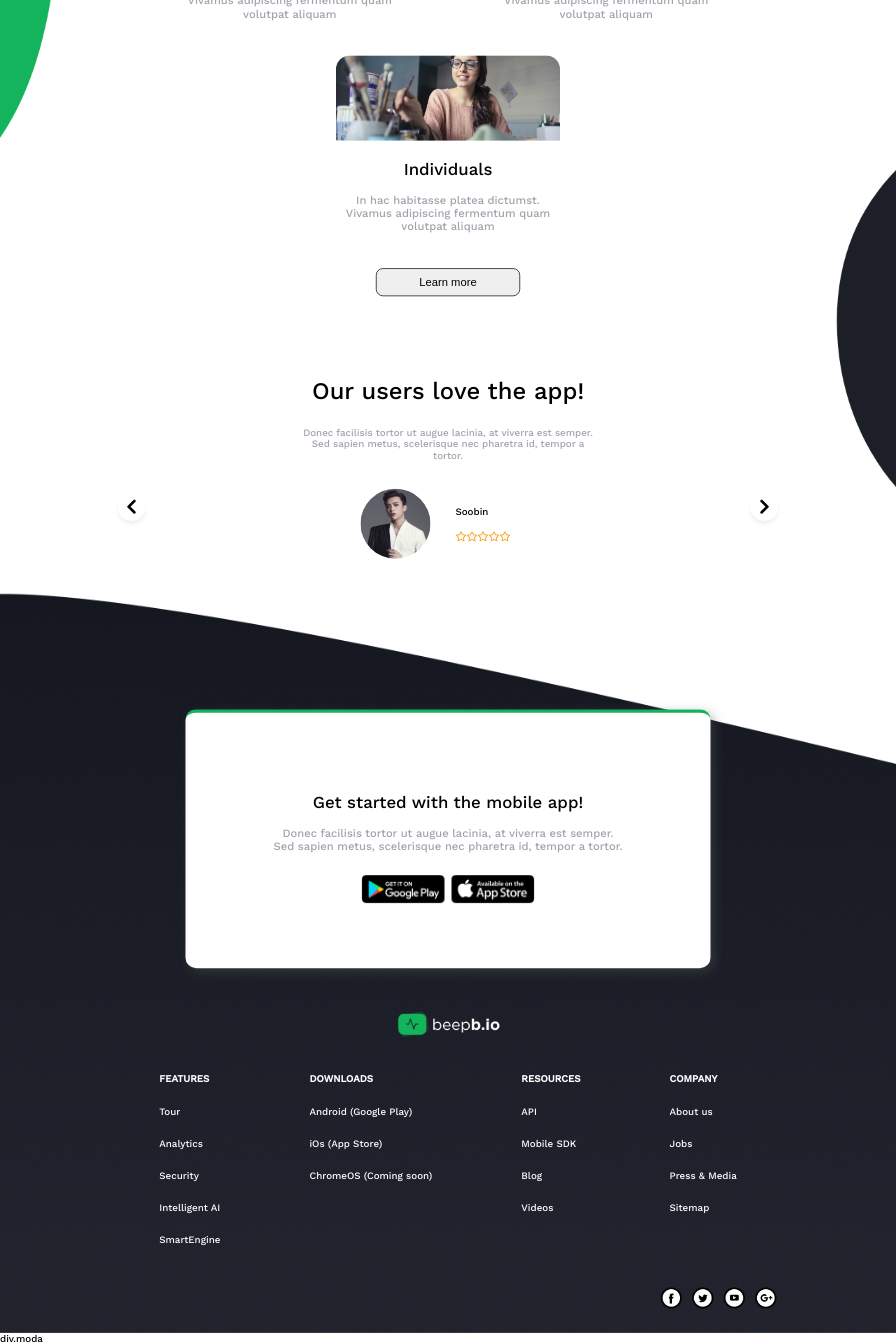
Repository: thinhnguyen347/thinhnguyen347.github.io
Page: cut-html-css/index.html
These files come from the project's save history. The page is drawn as it stood at one moment and after a run of saves; the edit follows.
The browser window is 1280 px wide. The pictures show the part of the page from y = 2903 to 4823 px (the page is 4823 px tall before and 4807 px after), at 70% of full size.

Above is the page before, as saved 2021-11-14 08:56:53.

### cut-html-css/index.html
<!-- Source: https://www.sketchappsources.com/free-source/3445-mobile-app-landing-page-sketch-freebie-resource.html -->

<!DOCTYPE html>
<html lang="en">

<head>
    <meta charset="UTF-8">
    <meta http-equiv="X-UA-Compatible" content="IE=edge">
    <meta name="viewport" content="width=device-width, initial-scale=1.0">
    <title>Mobile App</title>
    <link rel="shortcut icon" href="https://i.ibb.co/ypjQ3yW/M.png" type="image/x-icon">
    <link rel="stylesheet" href="./css/style.css">
    <link rel="stylesheet" href="./css/style2.css">
    <link rel="stylesheet" type="text/css" href="slick/slick.css" />
    <link rel="stylesheet" href="https://cdnjs.cloudflare.com/ajax/libs/font-awesome/5.15.3/css/all.min.css"
        integrity="sha512-iBBXm8fW90+nuLcSKlbmrPcLa0OT92xO1BIsZ+ywDWZCvqsWgccV3gFoRBv0z+8dLJgyAHIhR35VZc2oM/gI1w=="
        crossorigin="anonymous" />
    <script src="https://ajax.googleapis.com/ajax/libs/jquery/3.6.0/jquery.min.js"></script>

</head>

<body>
    <div class="container1">
        <div class="hero-section">
            <div class="menu-panel-desktop ">
                <div class="logo"><a href="#" target="_self"><img src="img/logo.png" alt="beepb.io" height="40px"></a>
                </div>

                <div class="menu">
                    <ul>
                        <li><a href="#">Features</a></li>
                        <li><a href="#">Benefits</a></li>
                        <li><a href="#">Plans</a></li>
                        <li class="menu-item"><a href="#">Downloads&nbsp;<i class="fas fa-angle-down"></i></a>
                            <ul class="drop-down">
                                <li><a href="#">Android version</a></li>
                                <li><a href="#">iOS version</a></li>
                                <li><a href="#">ChromeOS version</a></li>
                            </ul>
                        </li>
                        <li><a href="#">Support</a></li>
                        <li><button class="get-started fontwhite">Get Started</button></li>
                    </ul>

                </div>
            </div>
            <!-- Mobile menu -->
            <div class="menu-panel-mobile">

                <div class="logo-mobile">
                    <img class="menu-icon" src="https://i.ibb.co/6vzRnYW/menubtn-white.png" alt="menu" width="40px">

                    <a href="#" target="_self"><img src="img/logo.png" alt="beepb.io" height="40px"></a>
                </div>

                <div class="dropdown-mobile-container hide">

                    <div class="dropdown-mobile">
                        <div class="close-btn">
                            <i class="fas fa-times fontwhite"></i>
                        </div>
                        <ul>
                            <li><a href="#">Features</a></li>
                            <li><a href="#">Benefits</a></li>
                            <li><a href="#">Finance</a></li>
                            <li><a href="#">Downloads</a></li>
                            <li><a href="#">Sign In</a></li>
                            <li><button class="get-started-mobile fontwhite">Sign Up</button></li>
                        </ul>
                    </div>
                </div>
            </div>

            <!-- iPhone -->
            <div class="hero-content">
                <div class="hero-content__img">
                    <img class="iphone-x1" src="img/iphone_x.png" alt="mobile-app">
                </div>

                <div class="hero-content__text fontwhite">
                    <h1>Warehouse management</h1>
                    <h1>Made simple.</h1>
                    <p>BeepB lets you take control of your complete ecommerce warehouse and understand how you’re
                        business is holding up.</p>
                    <div class="hero-content__btn">
                        <button class="download fontwhite"><a href="#">Download the app</button></a>
                        <div class="play-icon">
                            <div class="play-icon-container"><i class="fas fa-caret-right"></i></div>
                            <div class="play-icon-text"><a href="#">Watch How it Works</a></div>
                        </div>
                    </div>
                </div>
            </div>

        </div>

        <div class="feature">

            <p>Everything you’ll ever need.</p>
            <div class="f-list">
                <div class="f-items">
                    <div class="f-icon"><img src="./img/shield.png" alt="super-secure"></div>
                    <div>
                        <p class="title">Super Secured</p><br>
                        <p class="f-detail">Donec facilisis tortor ut augue lacinia, at viverra est semper. Sed
                            sapien metus, scelerisque nec pharetra id, tempor a tortor.</p>
                    </div>
                </div>
                <div class="f-items">
                    <div class="f-icon"><img src="./img/bar-chart.png" alt="super-secure"></div>
                    <div>
                        <p class="title">Detailed Analytics</p><br>
                        <p class="f-detail">Donec facilisis tortor ut augue lacinia, at viverra est semper. Sed
                            sapien metus, scelerisque nec pharetra id, tempor a tortor.</p>
                    </div>
                </div>
                <div class="f-items">
                    <div class="f-icon"><img src="./img/box.png" alt="super-secure"></div>
                    <div>
                        <p class="title">For any business</p><br>
                        <p class="f-detail">Donec facilisis tortor ut augue lacinia, at viverra est semper. Sed
                            sapien metus, scelerisque nec pharetra id, tempor a tortor.</p>
                    </div>
                </div>
            </div>
        </div>

    </div>
    <div class="container2">

        <img class="oval-black" src="./img/oval-bl.png" alt="decoration">
        <div class="section2">
            <div class="section2__content">
                <div class="left-panel">
                    <div class="functions-app">
                        <div class="icon"><i class="fas fa-shopping-cart"></i></div>
                        <p class="title">Detailed Order Information</p>
                        <p class="description">Donec facilisis tortor ut augue lacinia, at viverra est semper.</p>
                    </div>
                    <div class="functions-app">
                        <div class="icon"><i class="fas fa-user"></i></div>
                        <p class="title">Detailed Order Information</p>
                        <p class="description">Donec facilisis tortor ut augue lacinia, at viverra est semper.</p>
                    </div>
                </div>
                <div class="middle">
                    <img class="iphone-x3" src="img/iphone_x2.png" alt="mobile-app" width="340px">
                </div>
                <div class="right-panel">
                    <div class="functions-app">
                        <div class="icon"><i class="fas fa-chart-pie"></i></div>
                        <p class="title">Detailed Order Information</p>
                        <p class="description">Donec facilisis tortor ut augue lacinia, at viverra est semper.</p>
                    </div>
                    <div class="functions-app">
                        <div class="icon"><i class="fas fa-brain"></i></div>
                        <p class="title">Detailed Order Information</p>
                        <p class="description">Donec facilisis tortor ut augue lacinia, at viverra est semper.</p>
                    </div>
                </div>
            </div>
            <button class="download2 download fontwhite"><a href="#">Download App</a></button>
        </div>

        <div class="feature2">
            <img class="oval-green" src="./img/oval_gr.png" alt="decoration">
            <p class="business">For every kind of Business &excl;</p>
            <p class="sub-title">Donec facilisis tortor ut augue lacinia, at viverra est semper.</p>
            <div class="f-list">
                <div class="f-items">
                    <div class="img"><img src="./img/startup.png" alt="super-secure" width="320px"> </div>
                    <div>
                        <p class="title pdtop">Startups</p><br>
                        <p class="f-detail">In hac habitasse platea dictumst. Vivamus adipiscing fermentum quam volutpat
                            aliquam</p>
                    </div>
                </div>
                <div class="f-items">
                    <div class="img"><img src="./img/retailer.png" alt="super-secure" width="320px"></div>
                    <div>
                        <p class="title pdtop">Retailers</p><br>
                        <p class="f-detail">In hac habitasse platea dictumst. Vivamus adipiscing fermentum quam volutpat
                            aliquam</p>
                    </div>
                </div>
                <div class="f-items">
                    <div class="img"><img src="./img/indiv.png" alt="super-secure" width="320px"></div>
                    <div>
                        <p class="title pdtop">Individuals</p><br>
                        <p class="f-detail">In hac habitasse platea dictumst. Vivamus adipiscing fermentum quam volutpat
                            aliquam</p>
                    </div>
                </div>
            </div>
            <a href=""><button class="learn-more-btn">Learn more</button></a>
        </div>

        <div class="section3">
            <p class="business">Our users love the app!</p><br><br>
            <!-- Carousel  -->
            <div class="carousel-area">
                <div class="carousel">
                    <div>
                        <div class="review">
                            <p>Donec facilisis tortor ut augue lacinia, at viverra est semper. Sed sapien metus,
                                scelerisque
                                nec pharetra id, tempor a tortor.</p>
                        </div>
                        <div class="rate">
                            <div class="guest"><img src="./img/guest1.jpg" alt="review" width="100px"></div>
                            <div class="personal-rating">
                                <div class="guest-name">
                                    <p>Son Tung</p>
                                </div>
                                <div class="rating">
                                    <i class="far fa-star star-color"></i>
                                    <i class="far fa-star star-color"></i>
                                    <i class="far fa-star star-color"></i>
                                    <i class="far fa-star star-color"></i>
                                    <i class="far fa-star star-color"></i>
                                </div>
                            </div>
                        </div>
                    </div>
                    <div>
                        <div class="review">
                            <p>Donec facilisis tortor ut augue lacinia, at viverra est semper. Sed sapien metus,
                                scelerisque
                                nec pharetra id, tempor a tortor.</p>
                        </div>
                        <div class="rate">
                            <div class="guest"><img src="./img/guest2.jpg" alt="review" width="100px"></div>
                            <div class="personal-rating">
                                <div class="guest-name">
                                    <p>Min</p>
                                </div>
                                <div class="rating">
                                    <i class="far fa-star star-color"></i>
                                    <i class="far fa-star star-color"></i>
                                    <i class="far fa-star star-color"></i>
                                    <i class="far fa-star star-color"></i>
                                    <i class="fas fa-star star-gray"></i>
                                </div>
                            </div>
                        </div>
                    </div>
                    <div>
                        <div class="review">
                            <p>Donec facilisis tortor ut augue lacinia, at viverra est semper. Sed sapien metus,
                                scelerisque
                                nec pharetra id, tempor a tortor.</p>
                        </div>
                        <div class="rate">
                            <div class="guest"><img src="./img/guest3.jpg" alt="review" width="100px"></div>
                            <div class="personal-rating">
                                <div class="guest-name">
                                    <p>Soobin</p>
                                </div>
                                <div class="rating"><i class="far fa-star star-color"></i><i
                                        class="far fa-star star-color"></i><i class="far fa-star star-color"></i><i
                                        class="far fa-star star-color"></i><i class="far fa-star star-color"></i>
                                </div>
                            </div>
                        </div>
                    </div>
                </div>


            </div>
            <!-- End of Carousel  -->
        </div>

        <div class="bg-bottom">

            <div class="dld">
                <div>
                    <p class="title pdtop">Get started with the mobile app!</p><br>
                    <p class="f-detail">Donec facilisis tortor ut augue lacinia, at viverra est semper. Sed sapien
                        metus, scelerisque nec pharetra id, tempor a tortor.</p>
                </div>
                <br><br>
                <img src="./img/gglplay.png" alt="google-play" height="40px">&nbsp;
                <img src="./img/appstore.png" alt="appstore" height="40px">
            </div>


            <div class="container3">

                <div class="logo-footer"><a href="#" target="_self"><img src="img/logo.png" alt="beepb.io"
                            height="40px"></a>
                </div>

                <div class="bottom-panel">
                    <div class="block-end">
                        <div class="bottom-title">FEATURES</div>
                        <div class="item-end"><a href="#">Tour</a></div>
                        <div class="item-end"><a href="#">Analytics</a></div>
                        <div class="item-end"><a href="#">Security</a></div>
                        <div class="item-end"><a href="#">Intelligent AI</a></div>
                        <div class="item-end"><a href="#">SmartEngine</a></div>
                    </div>
                    <div class="block-end">
                        <div class="bottom-title">DOWNLOADS</div>
                        <div class="item-end"><a href="#">Android (Google Play)</a></div>
                        <div class="item-end"><a href="#">iOs (App Store)</a></div>
                        <div class="item-end"><a href="#">ChromeOS (Coming soon)</a></div>
                    </div>
                    <div class="block-end">
                        <div class="bottom-title">RESOURCES</div>
                        <div class="item-end"><a href="#">API</a></div>
                        <div class="item-end"><a href="#">Mobile SDK</a></div>
                        <div class="item-end"><a href="#">Blog</a></div>
                        <div class="item-end"><a href="#">Videos</a></div>
                    </div>
                    <div class="block-end">
                        <div class="bottom-title">COMPANY</div>
                        <div class="item-end"><a href="#">About us</a></div>
                        <div class="item-end"><a href="#">Jobs</a></div>
                        <div class="item-end"><a href="#">Press & Media</a></div>
                        <div class="item-end"><a href="#">Sitemap</a></div>
                    </div>
                </div>

                <div class="social-media">
                    <div class="media-icon"><a href="http://www.facebook.com"><img src="./img/facebook.png"
                                alt="facebook" width="30px"></a></div>
                    <div class="media-icon "><a href="http://www.twitter.com"><img src="./img/twitter.png" alt="twitter"
                                width="30px"></a></div>
                    <div class="media-icon "><a href="http://www.youtube.com"><img src="./img/youtube.png" alt="youtube"
                                width="30px"></a></div>
                    <div class="media-icon"><a href="http://www.google.com"><img src="./img/googleplus.png"
                                alt="google-plus" width="30px"></a></div>
                </div>
            </div>
        </div>
    </div>
    div.moda
    <!-- SCRIPT -->

    <script src="https://code.jquery.com/jquery-3.6.0.slim.js"
        integrity="sha256-HwWONEZrpuoh951cQD1ov2HUK5zA5DwJ1DNUXaM6FsY=" crossorigin="anonymous"></script>
    <script type="text/javascript" src="slick/slick.min.js"></script>
    <script src="./main.js"></script>

</body>

</html>

### cut-html-css/css/style2.css
@media (max-width: 480px) {
  .menu-icon {
    width: 25px;
    height: 25px;
    transform: translateY(25%);
    -webkit-transform: translateY(25%);
    -moz-transform: translateY(25%);
    -ms-transform: translateY(25%);
    -o-transform: translateY(25%);
  }

  .logo-mobile > a > img {
    width: 140px;
  }

  .hero-content__img > img {
    max-width: 300px;
  }

  .hero-content__text {
    width: auto;
    padding: 0;
    flex-direction: column;
  }

  .hero-content__btn {
    flex-direction: column;
  }

  .feature p {
    color: black !important;
  }

  .business {
    margin: auto 10px;
  }

  .prevArrow,
  .nextArrow {
    display: none;
  }

  .f-list {
    margin: auto 15px;
  }

  .play-icon {
    padding-top: 0;
    padding-bottom: 0;
  }

  .iphone-x3 {
    width: 300px;
  }

  .description {
    padding-top: 20px;
  }

  .title {
    text-align: center;
  }
}

@media (max-width: 768px) {
  .prevArrow,
  .nextArrow {
    display: none;
  }

  .hero-content {
    margin: 60px 15px 0 15px;
    flex-direction: column-reverse;
    gap: 60px;
  }

  .hero-content__text > h1 {
    text-align: center;
  }

  .iphone,
  .menu-panel-desktop {
    display: none;
  }

  .feature p {
    color: black !important;
  }

  .menu-panel-mobile {
    display: block;
  }

  .play-icon {
    justify-content: center;
    padding-top: 0;
    padding-bottom: 0;
    width: 100%;
  }

  .feature > p {
    font-size: 34px;
    padding-top: 60px;
    padding-bottom: 60px;
  }

  .feature {
    width: auto;
  }

  .f-list {
    display: flex;
    justify-content: space-around;
    margin: auto 15px;
  }

  .container3 {
    background-color: #1e202a;
    border-radius: 10px;
  }
  .section2,
  .section3 {
    background-image: none;
  }

  .oval-green,
  .oval-black {
    display: none;
  }

  .download2 {
    margin: 40px auto;
  }

  .feature2 {
    width: auto;
  }
  .carousel {
    width: 95%;
  }

  .business {
    padding-top: 20px !important;
  }

  .review {
    width: 95%;
  }

  .dld {
    width: 100%;
    margin: 40px auto 40px auto;
  }

  .bottom-panel {
    width: 100%;
    justify-content: space-around;
  }

  .block-end {
    width: 40%;
    text-align: center;
    padding-bottom: 50px;
  }

  .social-media {
    width: 100%;
    display: flex;
    flex-direction: row;
    justify-content: center;
    margin: auto;
    padding: 0 0 20px 0;
  }

  .section2__content {
    padding-top: 100px;
    flex-direction: column;
    margin: auto;
  }
}

@media (max-width: 1200px) {
  .menu-panel-desktop {
    padding: 60px 50px 90px 50px;
  }

  .hero-content {
    gap: 30px;
  }

  .hero-section {
    height: auto;
  }
}

@media (max-width: 1400px) {
  .section2,
  .feature2,
  .bg-bottom {
    padding: 15px;
  }

  .section3 {
    background-image: none;
  }

  .menu-panel-desktop {
    padding: 60px 50px 90px 50px;
  }

  .menu {
    width: 100%;
  }

  .get-started {
    width: 100px;
  }

  .page1 {
    width: 100%;
    display: flex;
    justify-content: space-around;
  }

  .feature {
    width: 100%;
  }

  .icon {
    margin: auto;
  }

  .business {
    padding-top: 50px !important;
  }

  .download2 {
    margin: 20px auto !important;
  }
}

Loaded but not shown: cut-html-css/slick/slick.css (common file); cut-html-css/slick/slick.min.js (library); cut-html-css/main.js (50 lines, source omitted); cut-html-css/css/style.css (649 lines, source omitted)

After the next 5 saves:
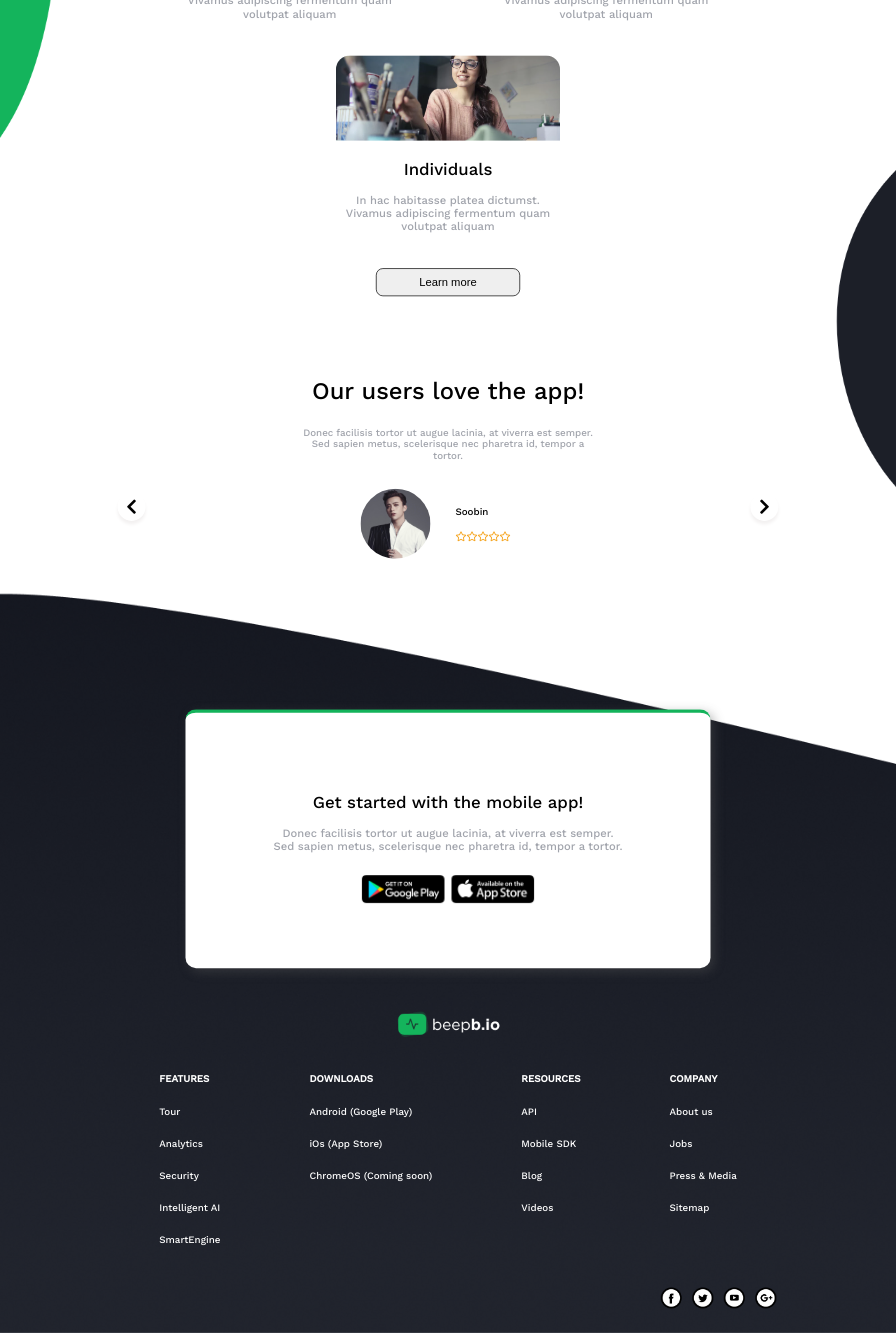
The 5 saves are shown as one change because they came seconds apart.
The last was saved 17 s later.
--- a/cut-html-css/index.html
+++ b/cut-html-css/index.html
@@ -334,7 +334,7 @@
             </div>
         </div>
     </div>
-    div.moda
+    <div class="toast-end"></div>
     <!-- SCRIPT -->
 
     <script src="https://code.jquery.com/jquery-3.6.0.slim.js"
